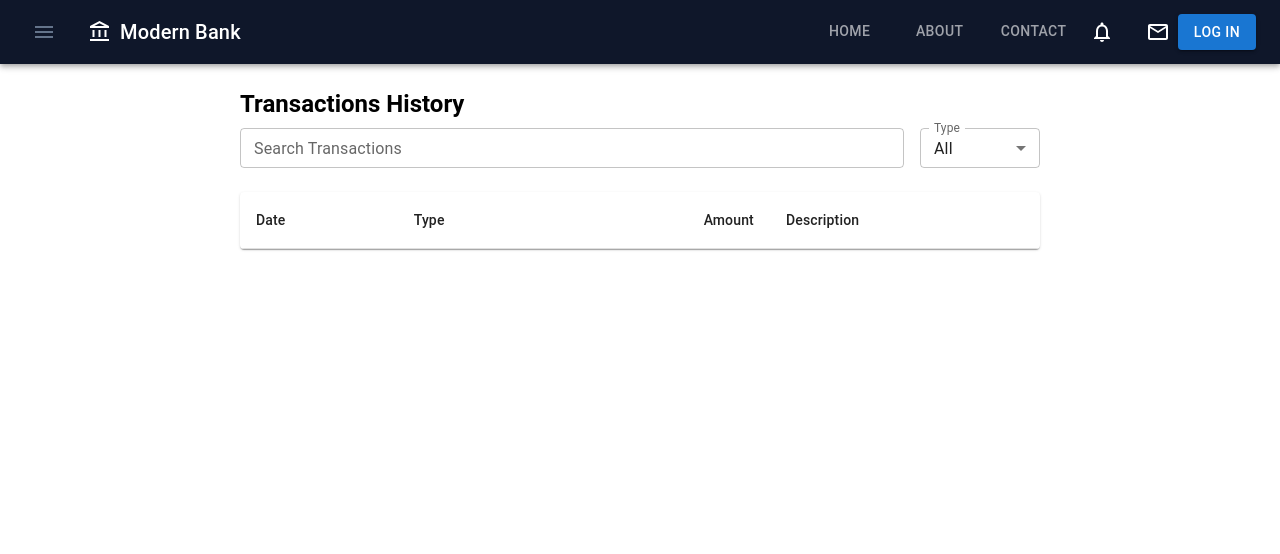
Repository: MohammadMazloum123/Moder-Bank-Full-Stack-Project
Page: /transactions-history (app in Desktop/front-modernbank/front-modernbank/)
These files come from the project's save history. The page is drawn as it stood at one moment and after the next save; the edit follows.
The browser window is 1280 px wide. The pictures show the whole page.
The project was rebuilt for these pictures with package versions that can differ from the ones it lists, and the page was loaded fresh each time. Also part of the build but not shown: Desktop/front-modernbank/front-modernbank/src/components/HomePage.jsx, Desktop/front-modernbank/front-modernbank/src/transactions/NewTransaction.tsx, Desktop/front-modernbank/front-modernbank/src/savings/SavingsAccount.tsx, Desktop/front-modernbank/front-modernbank/src/ExpenseTracker/TrackExpenses.tsx, Desktop/front-modernbank/front-modernbank/src/savings/InterestRate.tsx, Desktop/front-modernbank/front-modernbank/src/accounts/Accounts.tsx.

Above is the page before, as saved 2024-11-21 16:36:10.

### Desktop/front-modernbank/front-modernbank/public/index.html
<!DOCTYPE html>
<html lang="en">
  <head>

    <meta charset="utf-8" />
    <link rel="icon" href="%PUBLIC_URL%/favicon.ico" />
    <meta name="viewport" content="width=device-width, initial-scale=1" />
    <meta name="theme-color" content="#000000" />
    <meta
      name="description"
      content="Web site created using create-react-app"
    />
    <link rel="apple-touch-icon" href="%PUBLIC_URL%/logo192.png" />

    <link rel="manifest" href="%PUBLIC_URL%/manifest.json" />

    <title>Modern Bank App</title>
    <style>
      body{
        margin: 0;
        padding: 0;
        box-sizing: border-box;
      }
    </style>
  </head>
  <body>
    <noscript>You need to enable JavaScript to run this app.</noscript>
    <div id="root"></div>
  </body>
</html>

### Desktop/front-modernbank/front-modernbank/src/components/NavBar.jsx
import { AppBar, Toolbar, Typography, Tabs, Tab, Button, Box } from '@mui/material'
import React, { useState } from 'react'
import DrawerComp from '../DrawerComp';
import NotificationsNoneOutlinedIcon from '@mui/icons-material/NotificationsNoneOutlined';
import EmailOutlinedIcon from '@mui/icons-material/EmailOutlined';
import { AccountBalanceOutlined } from '@mui/icons-material';
import { Link } from 'react-router-dom';

const NavBar = () => {
    const [value, setvalue] = useState();
return (
    <AppBar position='sticky' sx={{bgcolor:"#0f172a"}}>
        <Toolbar>

                <DrawerComp/>
                <Box display="flex" alignItems="center" flex={3} ml={3}>
                    <AccountBalanceOutlined fontSize='medium' sx={{ color: "white", mr: 1 }} />
                        <Typography variant='h6' color='inherit'>
                            Modern Bank
                        </Typography>
                </Box>
            <Box display="flex" flex={0.7} justifyContent="center">
                <Tabs
                textColor='inherit'
                indicatorColor='secondary'
                value={value}
                onChange={(e, value) => setvalue(value)}
                >
                        <Tab LinkComponent={Link} to="/" label="Home"/>
                        <Tab label="About"/>
                        <Tab label="Contact"/>
                </Tabs>
            </Box>
            <Box display="flex" flex={0.4} alignItems="center" justifyContent="center">
                <NotificationsNoneOutlinedIcon sx={{mr:4}}/>
                <EmailOutlinedIcon/>
            </Box>
            <Box display="flex" justifyContent="flex-end">
                <Button sx={{marginLeft:'auto'}} variant='contained'>Log In</Button>
            </Box>
        </Toolbar>
    </AppBar>
)
}

export default NavBar

### Desktop/front-modernbank/front-modernbank/src/route/AppRoutes.tsx
import React from 'react'
import {Routes, Route} from "react-router-dom";
import HomePage from '../components/HomePage';
import NewTransaction from '../transactions/NewTransaction.tsx';
import TransactionsHistory from '../transactions/TransactionsHistory.tsx';
import SavingsAccount from '../savings/SavingsAccount.tsx';
import TrackExpenses from '../ExpenseTracker/TrackExpenses.tsx';
import InterestRate from '../savings/InterestRate.tsx';
import Accounts from '../accounts/Accounts.tsx';

const AppRoutes = () => {
    return (
        <Routes>
            <Route path='/' element={<HomePage/>}/>
            <Route path='/new-transactions' element={<NewTransaction/>}/>
            <Route path='/transactions-history' element={<TransactionsHistory/>}/>
            <Route path='/savings-account' element={<SavingsAccount/>}/>
            <Route path='/track-expenses' element={<TrackExpenses/>}/>
            <Route path='/interest-rate' element={<InterestRate/>}/>
            <Route path='/accounts' element={<Accounts/>}/>
        </Routes>
    )
}

export default AppRoutes

### Desktop/front-modernbank/front-modernbank/src/contexts/AuthContext.tsx
import React, { createContext, useContext, useState, useEffect } from 'react';

interface User {
    id: string;
    email: string;
}

interface AuthContextType {
    user: User | null;
    signUp: (email: string, password: string) => Promise<void>;
    logIn:(email: string, password:string) => Promise<void>;
    logOut:() => void;
    isLoading: boolean;
}

const AuthContext = createContext<AuthContextType | undefined>(undefined);

export const useAuth = () => {
    const context = useContext(AuthContext);
    if(!context){
        throw new Error('useAuth must be used with an authProvider')
    }
    return context;
}
export const AuthProvider: React.FC<{ children: React.ReactNode }> = ({ children }) => {
    const [user, setUser] = useState<User | null>(null);
    const [isLoading, setIsLoading] = useState(true);

    useEffect(() => {
        const checkLoggedIn = async () => {
        const storedUser = localStorage.getItem('user');
        if (storedUser) {
            setUser(JSON.parse(storedUser));
        }
        setIsLoading(false);
    };

        checkLoggedIn();
    }, []);

    const signUp = async (email: string, password: string) => {
      // In a real application, you would make an API call to create a new user
      // For this example, we'll simulate a successful sign-up
        const newUser = { id: Date.now().toString(), email };
        setUser(newUser);
        localStorage.setItem('user', JSON.stringify(newUser));
    };
    const logIn = async (email: string, password: string) => {
      // In a real application, you would make an API call to verify credentials
      // For this example, we'll simulate a successful login
        const loggedInUser = { id: Date.now().toString(), email };
        setUser(loggedInUser);
        localStorage.setItem('user', JSON.stringify(loggedInUser));
    };
    const logOut = () => {
        setUser(null);
        localStorage.removeItem('user');
    };

    return (
    <AuthContext.Provider value={{ user, signUp, logIn, logOut, isLoading }}>
        {children}
    </AuthContext.Provider>
    );
};

### Desktop/front-modernbank/front-modernbank/src/contexts/BankingContext.tsx
import React, { createContext, useContext, useState, useEffect } from 'react';
import { useAuth } from './AuthContext';

interface Transaction {
  id: string;
  description: string;
  amount: number;
  date: string;
  type: 'deposit' | 'withdrawal' | 'transfer';
  fromAccount: string;
  toAccount: string;
}

interface AccountData {
  balance: number;
  transactions: Transaction[];
}

interface SavingsAccountData extends AccountData {
  goalName: string;
  goalAmount: number;
}

interface BankingData {
  checking: AccountData;
  savings: { [accountName: string]: SavingsAccountData };
  investment: AccountData;
}

interface BankingContextType {
  bankingData: BankingData;
  isLoading: boolean;
  error: string | null;
  addTransaction: (transaction: Omit<Transaction, 'id' | 'date'>) => void;
  refreshBankingData: () => Promise<void>;
}

const BankingContext = createContext<BankingContextType | undefined>(undefined);

export const useBanking = () => {
  const context = useContext(BankingContext);
  if (!context) {
    throw new Error('useBanking must be used within a BankingProvider');
  }
  return context;
};

export const BankingProvider: React.FC<{ children: React.ReactNode }> = ({ children }) => {
  const { user } = useAuth();
  const [bankingData, setBankingData] = useState<BankingData>({
    checking: { balance: 0, transactions: [] },
    savings: {},
    investment: { balance: 0, transactions: [] },
  });
  const [isLoading, setIsLoading] = useState(true);
  const [error, setError] = useState<string | null>(null);

  const fetchBankingData = async () => {
    setIsLoading(true);
    setError(null);
    try {
      // Simulating API call
      await new Promise(resolve => setTimeout(resolve, 1000));
      const mockData: BankingData = {
        checking: { balance: 1000, transactions: [] },
        savings: {
          'Emergency Fund': { balance: 5000, transactions: [], goalName: 'Emergency Savings', goalAmount: 10000 },
          'Vacation Fund': { balance: 2000, transactions: [], goalName: 'Summer Vacation', goalAmount: 5000 },
        },
        investment: { balance: 10000, transactions: [] },
      };
      setBankingData(mockData);
    } catch (err) {
      setError('Failed to fetch banking data');
    } finally {
      setIsLoading(false);
    }
  };

  useEffect(() => {
    if (user) {
      fetchBankingData();
    } else {
      setBankingData({
        checking: { balance: 0, transactions: [] },
        savings: {},
        investment: { balance: 0, transactions: [] },
      });
      setIsLoading(false);
    }
  }, [user]);

  const addTransaction = (transaction: Omit<Transaction, 'id' | 'date'>) => {
    const newTransaction: Transaction = {
      ...transaction,
      id: Date.now().toString(),
      date: new Date().toISOString(),
    };

    setBankingData(prevData => {
      const newData = { ...prevData };

      // Update balances
      if (transaction.type === 'transfer') {
        newData[transaction.fromAccount].balance -= transaction.amount;
        if (transaction.toAccount.startsWith('savings-')) {
          const savingsAccountName = transaction.toAccount.replace('savings-', '');
          newData.savings[savingsAccountName].balance += transaction.amount;
        } else {
          newData[transaction.toAccount].balance += transaction.amount;
        }
      } else {
        const accountType = transaction.type === 'deposit' ? transaction.toAccount : transaction.fromAccount;
        if (accountType.startsWith('savings-')) {
          const savingsAccountName = accountType.replace('savings-', '');
          newData.savings[savingsAccountName].balance += transaction.type === 'deposit' ? transaction.amount : -transaction.amount;
        } else {
          newData[accountType].balance += transaction.type === 'deposit' ? transaction.amount : -transaction.amount;
        }
      }

      // Add transaction to relevant accounts
      if (transaction.fromAccount.startsWith('savings-')) {
        const savingsAccountName = transaction.fromAccount.replace('savings-', '');
        newData.savings[savingsAccountName].transactions.unshift(newTransaction);
      } else {
        newData[transaction.fromAccount].transactions.unshift(newTransaction);
      }

      if (transaction.toAccount && transaction.toAccount !== transaction.fromAccount) {
        if (transaction.toAccount.startsWith('savings-')) {
          const savingsAccountName = transaction.toAccount.replace('savings-', '');
          newData.savings[savingsAccountName].transactions.unshift(newTransaction);
        } else {
          newData[transaction.toAccount].transactions.unshift(newTransaction);
        }
      }

      return newData;
    });
  };

  const refreshBankingData = fetchBankingData;

  return (
    <BankingContext.Provider value={{ bankingData, isLoading, error, addTransaction, refreshBankingData }}>
      {children}
    </BankingContext.Provider>
  );
};

### Desktop/front-modernbank/front-modernbank/src/transactions/TransactionsHistory.tsx
import React, { useState } from 'react';
import {
  Typography,
  Box,
  TextField,
  MenuItem,
  Select,
  FormControl,
  InputLabel,
  Table,
  TableBody,
  TableCell,
  TableContainer,
  TableHead,
  TableRow,
  Paper,
  SelectChangeEvent,
} from '@mui/material';

import { useBanking } from '../contexts/BankingContext';

const mockTransactions = [
    { id: 1, date: '2023-05-01', type: 'deposit', amount: 1000, description: 'Salary' },
    { id: 2, date: '2023-05-05', type: 'withdrawal', amount: 200, description: 'ATM Withdrawal' },
    { id: 3, date: '2023-05-10', type: 'transfer', amount: 300, description: 'Rent Payment' },
    { id: 4, date: '2023-05-15', type: 'deposit', amount: 500, description: 'Freelance Work' },
    { id: 5, date: '2023-05-20', type: 'withdrawal', amount: 150, description: 'Grocery Shopping' },
]

const TransactionsHistory = () => {
    const {bankingData, isLoading, error} = useBanking();
    const [searchTerm, setSearchTerm] = useState('');
    const [transactionType, settransactionType] = useState('all');

    const allTransactions = [
        ...bankingData.checking.transactions,
        ...Object.values(bankingData.savings).flatMap(account => account.transactions),
        ...bankingData.investment.transactions,
        ].sort((a, b) => new Date(b.date).getTime() - new Date(a.date).getTime());

const handleSearchChange = (event : React.ChangeEvent<HTMLInputElement>) => {
    setSearchTerm(event.target.value)
}

const handleTypeChange = (event : SelectChangeEvent) => {
    settransactionType(event.target.value as string)
}

const filteredTransactions = mockTransactions.filter((transaction) => {
    const matchesSearch = transaction.description.toLowerCase().includes(searchTerm.toLocaleLowerCase());
    const matchesType = transactionType === 'all' || transaction.type === transactionType;
    return matchesSearch && matchesType
})

return (
    <Box sx={{maxWidth: 800, mx:'auto', p:3,}}>
        <Typography component="h1" variant='h5' gutterBottom sx={{fontWeight:'bold'}}>
            Transactions History
        </Typography>
        <Box sx={{display:'flex', mb: 3, gap: 2}}>
            <TextField
            label="Search Transactions"
            variant='outlined'
            size='small'
            value={searchTerm}
            onChange={handleSearchChange}
            sx={{flexGrow:1}}
            />
            <FormControl size='small' sx={{minWidth:120}}>
                <InputLabel id="transaction-type-label">Type</InputLabel>
                <Select
                labelId='transaction-type-label'
                id='transaction-type'
                label="Type"
                value={transactionType}
                onChange={handleTypeChange}
                >
                    <MenuItem value="all">All</MenuItem>
                    <MenuItem value="deposit">Deposit</MenuItem>
                    <MenuItem value="withdrawal">Withdrawal</MenuItem>
                    <MenuItem value="transfer">Transfer</MenuItem>
                </Select>
            </FormControl>
        </Box>
        <TableContainer component={Paper}>
            <Table sx={{minWidth: 650}} aria-label='transaction history table'>
                <TableHead>
                    <TableRow>
                        <TableCell>Date</TableCell>
                        <TableCell>Type</TableCell>
                        <TableCell align="right">Amount</TableCell>
                        <TableCell>Description</TableCell>
                    </TableRow>
                </TableHead>
            <TableBody>
            {allTransactions.map((transaction) => (
            <TableRow key={transaction.id}>
                <TableCell component="th" scope="row">
                    {new Date(transaction.date).toLocaleDateString()}
                </TableCell>
                <TableCell>{transaction.description}</TableCell>
                <TableCell>{transaction.type}</TableCell>
                <TableCell>{transaction.fromAccount}</TableCell>
                <TableCell>{transaction.toAccount}</TableCell>
                <TableCell align="right">${transaction.amount.toFixed(2)}</TableCell>
            </TableRow>
            ))}
        </TableBody>
            </Table>
        </TableContainer>
        {filteredTransactions.length === 0 && (
        <Typography sx={{ mt: 2, textAlign: 'center' }}>
            No transactions found.
        </Typography>
        )}
    </Box>
)
}

export default TransactionsHistory

Loaded but not shown: Desktop/front-modernbank/front-modernbank/src/index.js (common file); Desktop/front-modernbank/front-modernbank/src/reportWebVitals.js (common file); Desktop/front-modernbank/front-modernbank/src/App.js (24 lines, source omitted); Desktop/front-modernbank/front-modernbank/src/DrawerComp.jsx (159 lines, source omitted)

After the next save:
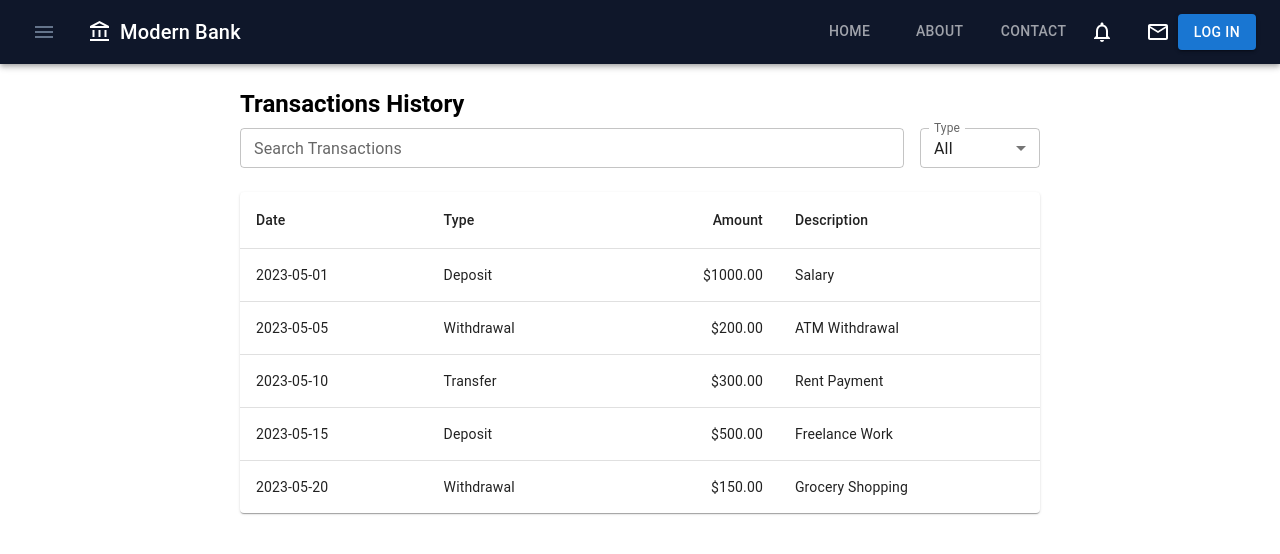
Saved 16 s later.
--- a/Desktop/front-modernbank/front-modernbank/src/transactions/TransactionsHistory.tsx
+++ b/Desktop/front-modernbank/front-modernbank/src/transactions/TransactionsHistory.tsx
@@ -92,20 +92,21 @@
                         <TableCell>Description</TableCell>
                     </TableRow>
                 </TableHead>
-            <TableBody>
-            {allTransactions.map((transaction) => (
-            <TableRow key={transaction.id}>
-                <TableCell component="th" scope="row">
-                    {new Date(transaction.date).toLocaleDateString()}
-                </TableCell>
-                <TableCell>{transaction.description}</TableCell>
-                <TableCell>{transaction.type}</TableCell>
-                <TableCell>{transaction.fromAccount}</TableCell>
-                <TableCell>{transaction.toAccount}</TableCell>
-                <TableCell align="right">${transaction.amount.toFixed(2)}</TableCell>
-            </TableRow>
-            ))}
-        </TableBody>
+                <TableBody>
+                    {filteredTransactions.map((transaction) => (
+                        <TableRow
+                        key={transaction.id}
+                        sx={{ '&:last-child td, &:last-child th': { border: 0 } }}
+                        >
+                            <TableCell component="th" scope='row'>
+                                {transaction.date}
+                            </TableCell>
+                            <TableCell sx={{textTransform:'capitalize'}}>{transaction.type}</TableCell>
+                            <TableCell align='right'>${transaction.amount.toFixed(2)}</TableCell>
+                            <TableCell>{transaction.description}</TableCell>
+                        </TableRow>
+                    ))}
+                </TableBody>
             </Table>
         </TableContainer>
         {filteredTransactions.length === 0 && (

After the save that followed:
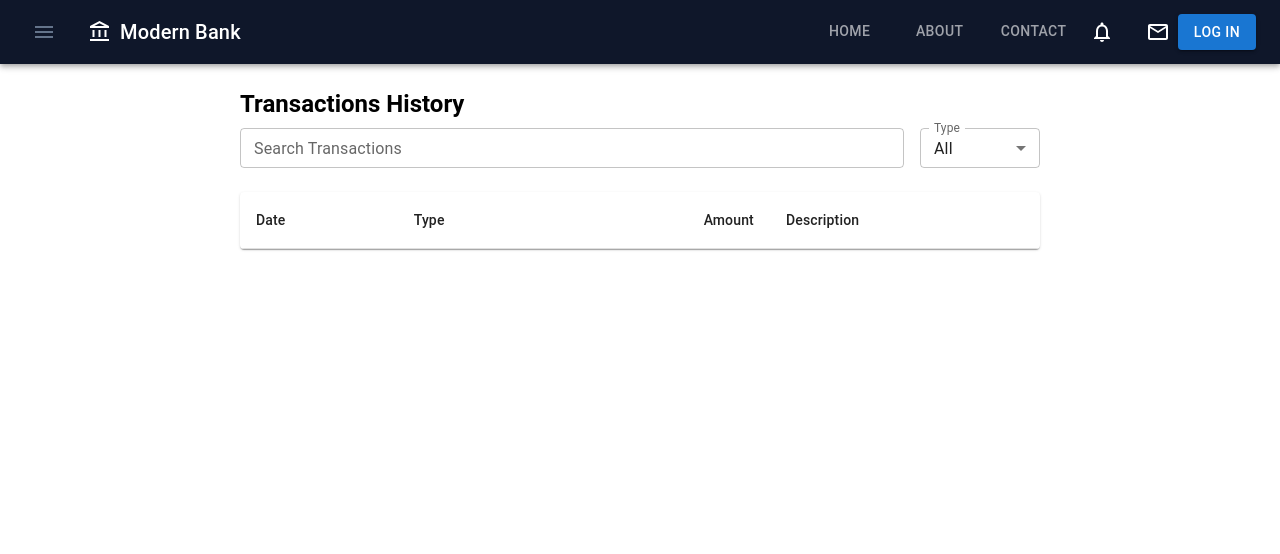
Saved 8 s later.
--- a/Desktop/front-modernbank/front-modernbank/src/transactions/TransactionsHistory.tsx
+++ b/Desktop/front-modernbank/front-modernbank/src/transactions/TransactionsHistory.tsx
@@ -92,21 +92,7 @@
                         <TableCell>Description</TableCell>
                     </TableRow>
                 </TableHead>
-                <TableBody>
-                    {filteredTransactions.map((transaction) => (
-                        <TableRow
-                        key={transaction.id}
-                        sx={{ '&:last-child td, &:last-child th': { border: 0 } }}
-                        >
-                            <TableCell component="th" scope='row'>
-                                {transaction.date}
-                            </TableCell>
-                            <TableCell sx={{textTransform:'capitalize'}}>{transaction.type}</TableCell>
-                            <TableCell align='right'>${transaction.amount.toFixed(2)}</TableCell>
-                            <TableCell>{transaction.description}</TableCell>
-                        </TableRow>
-                    ))}
-                </TableBody>
+
             </Table>
         </TableContainer>
         {filteredTransactions.length === 0 && (
